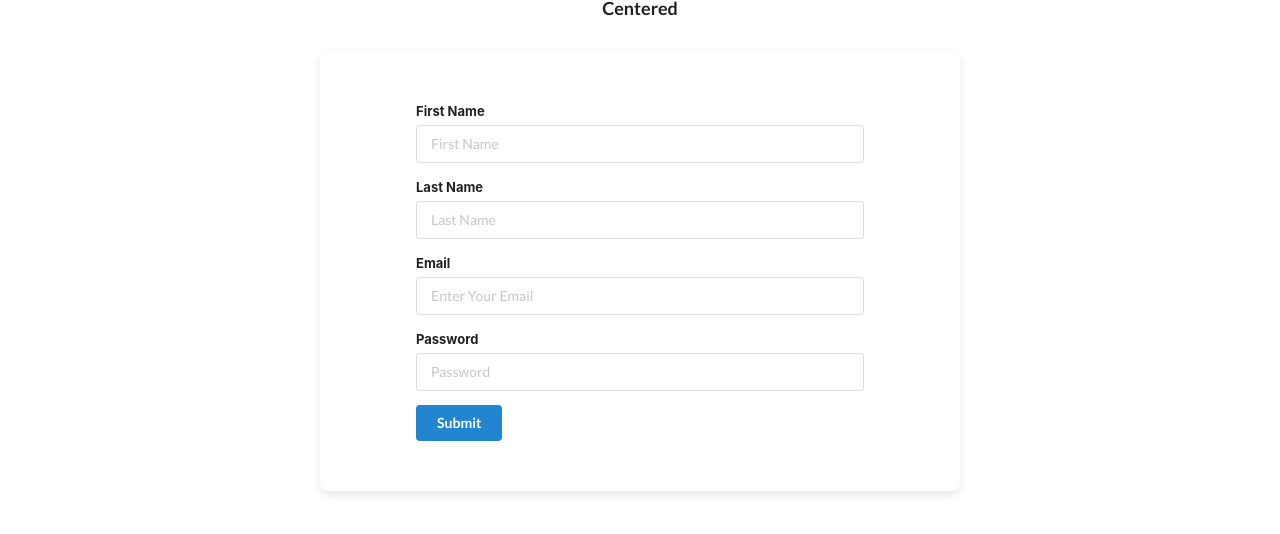
Repository: Wahid137/registration-form
Page: /
The author's editor kept a copy of each file at every save. The page is drawn from the files as they stood at one save, then again after the next save.
The browser window is 1280 px wide. The pictures show the whole page.
The project was rebuilt for these pictures with package versions that can differ from the ones it lists, and the page was loaded fresh each time. Also part of the build but not shown: src/App.css.

Above is the page before, as saved 2024-05-01 10:35:26.

After the next save:
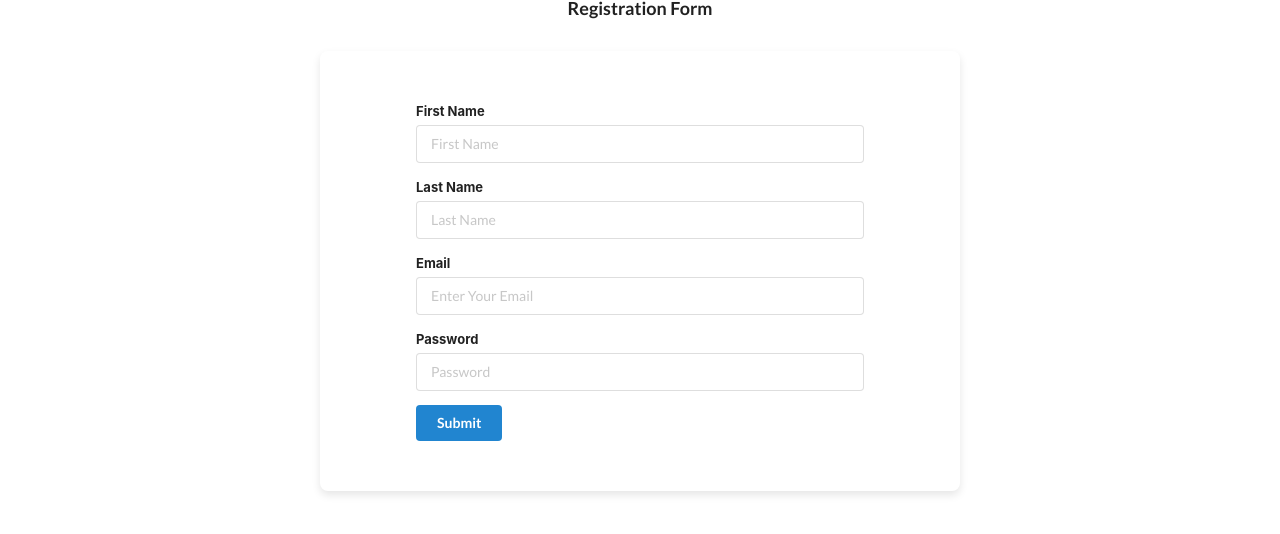
Saved 9 s later.
--- a/src/App.js
+++ b/src/App.js
@@ -6,7 +6,7 @@ function App() {
   return (
     <div className="App">
       <Header as='h3' textAlign='center'>
-        Centered
+        Registration Form
       </Header>
       <Register />
     </div>
